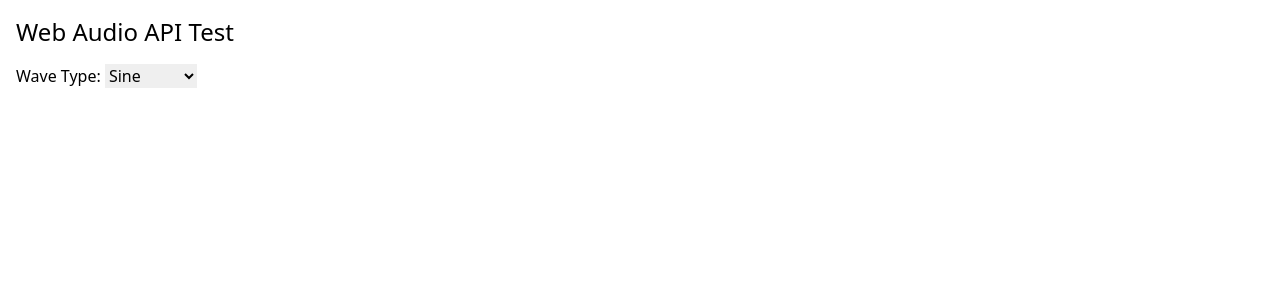
Repository: ibraidab/SONIDOS
Page: index6.html
These files come from the project's save history. The page is drawn as it stood at one moment and after the next save; the edit follows.
The browser window is 1280 px wide. The pictures show the whole page.

Above is the page before, as saved 2023-03-18 14:00:37.

### index6.html
<!DOCTYPE html>
<html lang="en">
<head>
    <meta charset="UTF-8">
    <meta name="viewport" content="width=device-width, initial-scale=1.0">
    <title>Web Audio API Test</title>
    <link href="https://cdn.jsdelivr.net/npm/tailwindcss@2.2.16/dist/tailwind.min.css" rel="stylesheet">
    <script>
        let audioContext;
        let activeVoices = new Map();

        async function init() {
            audioContext = new AudioContext();
            if (navigator.requestMIDIAccess) {
                try {
                    const midiAccess = await navigator.requestMIDIAccess();
                    midiAccess.inputs.forEach(input => input.onmidimessage = onMidiMessage);
                } catch (err) {
                    console.error('No se pudo acceder a tus dispositivos MIDI.', err);
                }
            } else {
                console.error('Tu navegador no soporta el API Web MIDI.');
            }
        }

        function onMidiMessage(event) {
            const [status, data1, data2] = event.data;
            const messageType = status & 0xf0;
            const channel = status & 0x0f;
            const note = data1;
            const velocity = data2;
            if (messageType === 0x90 && velocity > 0) {
                startSound(note, velocity / 127);
            }
            else if (messageType === 0x80 || (messageType === 0x90 && velocity === 0)) {
                stopSound(note);
            }
        }

        function startSound(note, velocity) {
            const frequency = midiNoteToFrequency(note);
            const waveType = document.getElementById("waveType").value;

            const osc1 = audioContext.createOscillator();
            osc1.frequency.value = frequency;
            osc1.type = waveType;
            osc1.start();

            const osc2 = audioContext.createOscillator();
            osc2.frequency.value = frequency * 2;
            osc2.type = waveType;
            osc2.start();

            const gainNode = audioContext.createGain();
            const filterNode = audioContext.createBiquadFilter();
            filterNode.type = "lowpass";
            filterNode.frequency.value = 5000;
            filterNode.Q.value = 10;

            const attack = 0.08;
            const decay = 0.3;
            const sustain = 0.5;
            const release = 0.3;

            const now = audioContext.currentTime;
            gainNode.gain.setValueAtTime(0, now);
            gainNode.gain.linearRampToValueAtTime(velocity, now + attack);
            gainNode.gain.linearRampToValueAtTime(sustain * velocity, now + attack + decay);

            osc1.connect(filterNode);
            osc2.connect(filterNode);
            filterNode.connect(gainNode);
            gainNode.connect(audioContext.destination);

            activeVoices.set(note, { osc1, osc2, gainNode, filterNode });
        }

        function stopSound(note) {
            const voice = activeVoices && activeVoices.get(note);
            if (voice) {
                const { osc1, osc2, gainNode, filterNode } = voice;
                const now = audioContext.currentTime;
                gainNode.gain.cancelScheduledValues(now);
                gainNode.gain.setValueAtTime(gainNode.gain.value, now);
                gainNode.gain.linearRampToValueAtTime(0, now + 0.1);
                osc1.stop(now + 0.1);
                osc2.stop(now + 0.1);

                setTimeout(() => {
                    osc1.disconnect(filterNode);
                    osc2.disconnect(filterNode);
                    filterNode.disconnect(gainNode);
                    gainNode.disconnect(audioContext.destination);
                }, 100);

                activeVoices.delete(note);
            }
        }

        function midiNoteToFrequency(note) {
            return 440 * Math.pow(2, (note - 69) / 12);
        }

        window.addEventListener('load', init);
    </script>
</head>
<body>
    <div class="container mx-auto p-4">
        <h1 class="text-2xl mb-4">Web Audio API Test</h1>
        <div>
            <label for="waveType">Wave Type:</label>
            <select id="waveType">
                <option value="sine">Sine</option>
                <option value="square">Square</option>
                <option value="sawtooth">Sawtooth</option>
                <option value="triangle">Triangle</option>
            </select>
        </div>
    </div>
</body>
</html>

After the next save:
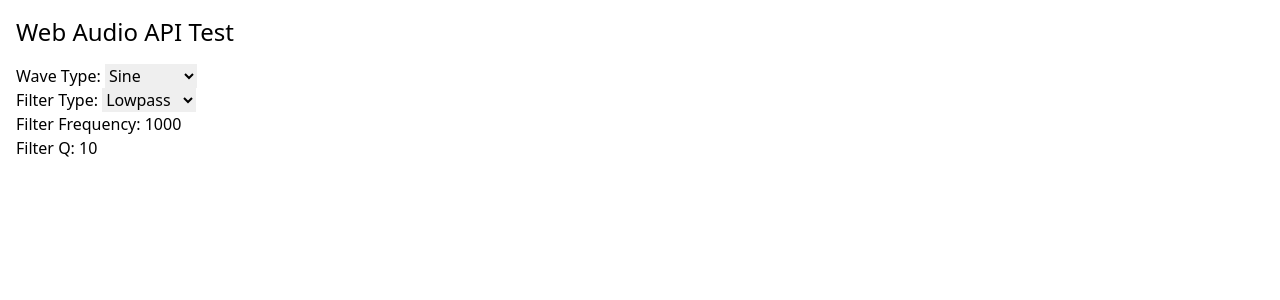
Saved 38 s later.
--- a/index6.html
+++ b/index6.html
@@ -116,6 +116,22 @@
                 <option value="triangle">Triangle</option>
             </select>
         </div>
+        <div>
+            <label for="filterType">Filter Type:</label>
+            <select id="filterType">
+                <option value="lowpass">Lowpass</option>
+                <option value="highpass">Highpass</option>
+                <option value="bandpass">Bandpass</option>
+            </select>
+        </div>
+        <div>
+            <label for="filterFrequency">Filter Frequency:</label>
+            <input type="number" id="filterFrequency" value="1000" min="0" max="24000" step="1">
+        </div>
+        <div>
+            <label for="filterQ">Filter Q:</label>
+            <input type="number" id="filterQ" value="10" min="0.0001" max="100" step="0.1">
+        </div>
     </div>
 </body>
 </html>
